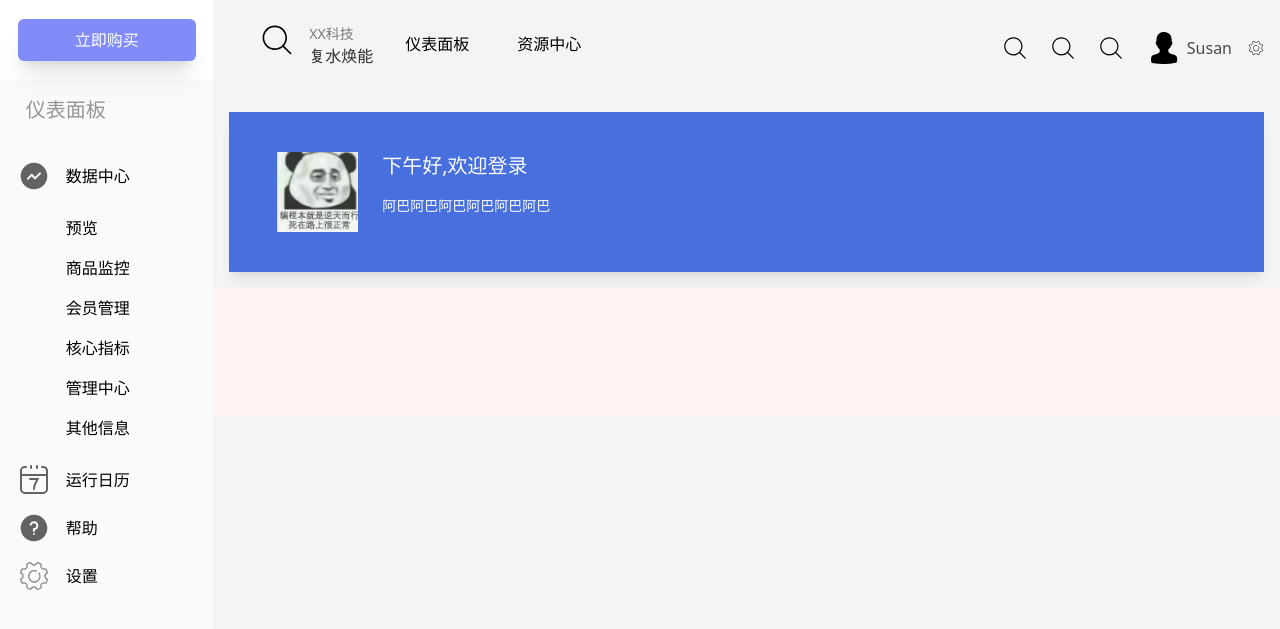
Repository: LiuRuohui/useWater
Page: /
These files come from the project's save history. The page is drawn as it stood at one moment and after the next save; the edit follows.
The browser window is 1280 px wide. The pictures show the whole page.
The project was rebuilt for these pictures with package versions that can differ from the ones it lists, and the page was loaded fresh each time. Also part of the build but not shown: vite.config.js.

Above is the page before, as saved 2022-04-06 23:19:53.

### src/App.vue
<script setup>
import HelloWorld1 from './components/HelloWorld.vue';
</script>

<template>
  <HelloWorld1></HelloWorld1>
</template>

<style>
</style>

### src/index.css
@tailwind base;
@tailwind components;
.inputFrame {
    @apply appearance-none rounded-none relative block w-full px-3 py-2 border border-gray-300 placeholder-gray-500 text-gray-900
}

.inputFrame:focus {
    @apply outline-none border-indigo-500 z-10 inline-block px-5 py-3 rounded-lg shadow-lg
}

.btn {
    @apply relative flex w-full justify-center py-2 border border-transparent font-medium rounded-md text-white bg-indigo-400
}

.btn:hover {
    @apply bg-indigo-500
}

.btn:focus {
    @apply outline-none ring-2 ring-offset-2 ring-indigo-400
}

@tailwind utilities;

### src/components/HelloWorld.vue
<script setup>

</script>

<template>
<div class="w-full h-screen flex flex-row select-none">
  <div class="w-1/5 h-screen justify-center items-center flex flex-col">
    <div class="w-full h-20 justify-center items-center flex">
        <div class="w-5/6">
            <button class="btn text-white justify-center items-center shadow-xl">立即购买</button>
        </div>
    </div>
    <div class="w-full flex flex-grow bg-gray-50 justify-center">
        <div class="w-5/6 pt-4 flex flex-col">
            <div class="h-8 text-xl opacity-40 pl-2">仪表面板</div>
            <div class="mt-4 flex flex-grow flex-col">
                <div class="flex flex-col py-2 hover:cursor-pointer">
                    <div class="flex flex-row py-2 hover:bg-blue-200 hover:cursor-pointer">
                      <img src="../assets/数据.svg" alt="" class="h-8 opacity-60">
                      <div class="pl-4 pt-1">数据中心</div>
                    </div>
                    <div class="mt-2 flex flex-col hover:cursor-pointer">
                        <div class="py-2 pl-12 hover:bg-blue-200">预览</div>
                        <div class="py-2 pl-12 hover:bg-blue-200">商品监控</div>
                        <div class="py-2 pl-12 hover:bg-blue-200">会员管理</div>
                        <div class="py-2 pl-12 hover:bg-blue-200">核心指标</div>
                        <div class="py-2 pl-12 hover:bg-blue-200">管理中心</div>
                        <div class="py-2 pl-12 hover:bg-blue-200">其他信息</div>
                    </div>
                </div>
                <div class="flex flex-row py-2 hover:bg-blue-200 hover:cursor-pointer">
                  <img src="../assets/日历.svg" alt="" class="h-8 opacity-60">
                  <div class="pl-4 pt-1">运行日历</div>
                </div>
                <div class="flex flex-row py-2 hover:bg-blue-200 hover:cursor-pointer">
                  <img src="../assets/帮助.svg" alt="" class="h-8 opacity-60">
                  <div class="pl-4 pt-1">帮助</div>
                </div>
                <div class="flex flex-row py-2 hover:bg-blue-200 hover:cursor-pointer">
                  <img src="../assets/设置.svg" alt="" class="h-8 opacity-60">
                  <div class="pl-4 pt-1">设置</div>
                </div>
            </div>
        </div>
    </div>
  </div>
  <div class="w-full flex flex-grow flex-col bg-gray-100">
      <div class="flex flex-row h-24">
          <img src="../assets/搜索.svg" alt="" class="h-8 mt-6 pl-12 hover:cursor-pointer">
          <div class="flex flex-col pt-6 px-4 hover:cursor-pointer">
              <div class="text-sm opacity-50">XX科技</div>
              <div class="text-md opacity-80">复水焕能</div>
          </div>
          <div class="text-base px-4 pt-8 hover:cursor-pointer">仪表面板</div>
          <div class="text-base px-8 pt-8 hover:cursor-pointer">资源中心</div>
          <div class="flex flex-grow flex-row-reverse">
              <img src="../assets/设置.svg" alt="" class="h-4 mt-10 mr-4 hover:cursor-pointer hover:bg-blue-100">
              <span class="my-9 mr-4 text-black text-base opacity-70 hover:cursor-pointer hover:bg-blue-100">Susan</span>
              <img src="../assets/用户.svg" alt="" class="h-8 mt-8 mr-2 hover:cursor-pointer hover:bg-blue-100">
              <img src="../assets/搜索.svg" alt="" class="h-6 mt-9 mr-6 hover:cursor-pointer hover:bg-blue-100">
              <img src="../assets/搜索.svg" alt="" class="h-6 mt-9 mr-6 hover:cursor-pointer hover:bg-blue-100">
              <img src="../assets/搜索.svg" alt="" class="h-6 mt-9 mr-6 hover:cursor-pointer hover:bg-blue-100">
          </div>
      </div>
      <div class="m-4 bg-blue-700 h-40 opacity-80 shadow-lg">
          <div class="flex flex-row h-24 my-8">
              <img src="../assets/测试图片.jpg" alt="" class="h-20 my-auto pl-12">
              <div class="flex flex-col pl-6 pt-2">
                  <div class="text-xl text-white">下午好,欢迎登录</div>
                  <div class="text-sm text-white pt-4">阿巴阿巴阿巴阿巴阿巴阿巴</div>
              </div>
          </div>
      </div>
      <div class="h-32 bg-red-50">

      </div>
  </div>
</div>
</template>

<style scoped>

</style>

### tailwind.config.js
module.exports = {
    content: [
        "./index.html",
        "./src/**/*.{vue,js,ts,jsx,tsx}",
    ],
    theme: {
        extend: {},
    },
    variants: {
        backgroundColor: ['responsive', 'hover', 'focus', 'active']
    },
    plugins: [],
}

Loaded but not shown: index.html (common file); src/main.js (common file)

After the next save:
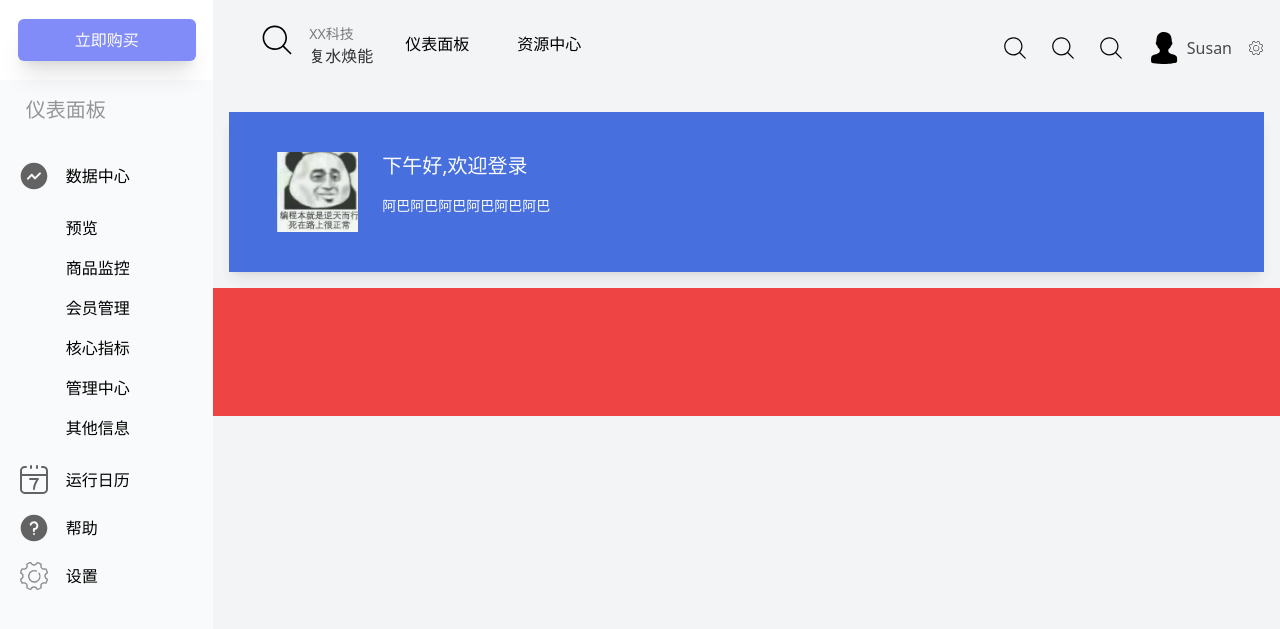
Saved 6 s later.
--- a/src/components/HelloWorld.vue
+++ b/src/components/HelloWorld.vue
@@ -71,7 +71,7 @@
               </div>
           </div>
       </div>
-      <div class="h-32 bg-red-50">
+      <div class="h-32 bg-red-500">
 
       </div>
   </div>
